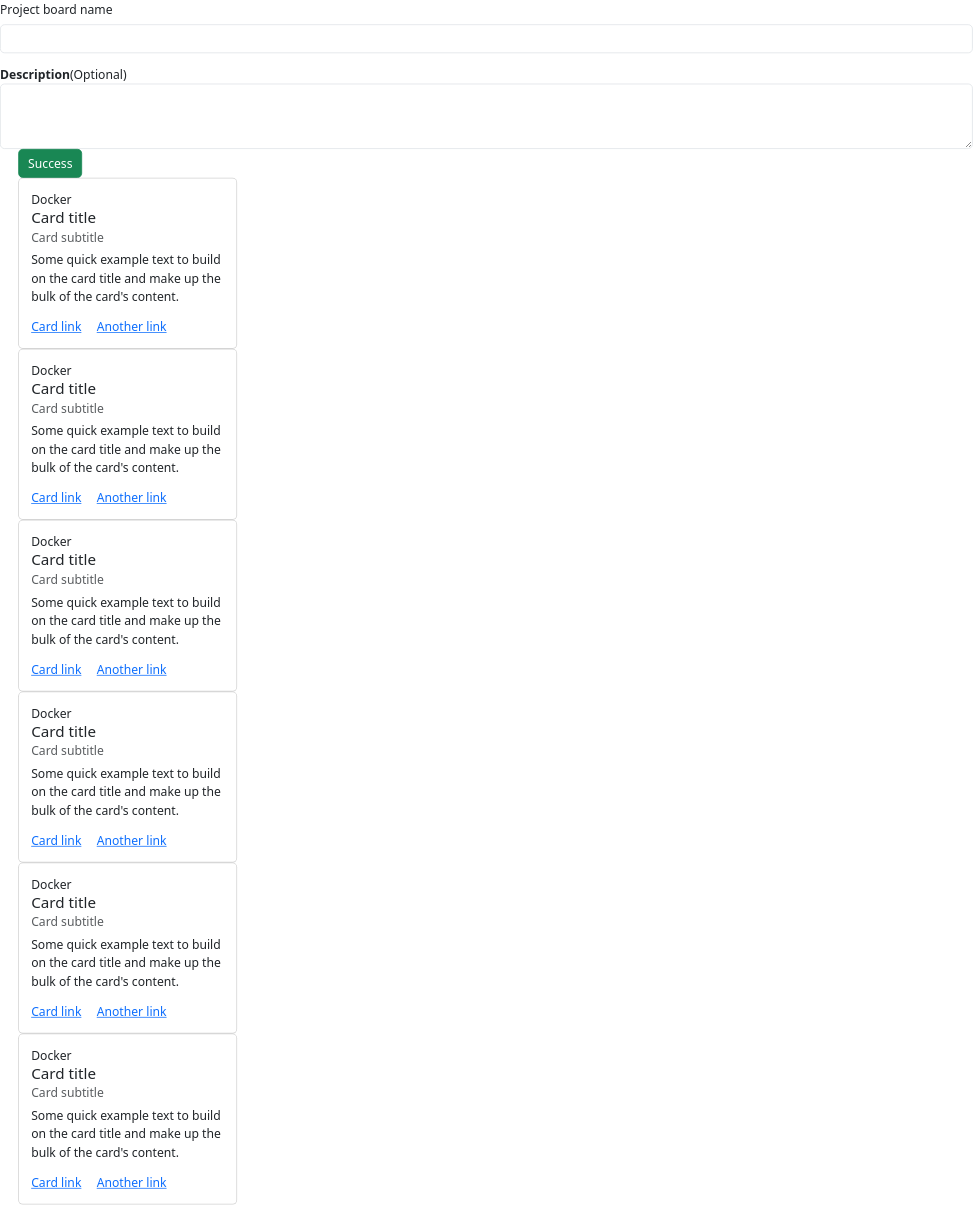
Repository: NSS-Evening-25-Cohort/e25-gitsub-control-alt-defeat
Page: index.html
These files come from the project's save history. The page is drawn as it stood at one moment and after the next save; the edit follows.
The browser window is 1280 px wide. The pictures show the whole page, at 76% of full size.

Above is the page before, as saved 2023-11-06 21:55:04.

### index.html
<!DOCTYPE html>
<html lang="en">
  <head>
    <meta charset="UTF-8" />
    <meta name="viewport" content="width=device-width, initial-scale=1.0" />
    <link
      rel="stylesheet"
      href="https://cdn.jsdelivr.net/npm/bootstrap@5.3.2/dist/css/bootstrap.min.css"
    />
    <link rel="stylesheet" href="main.css" />
    <title>Document</title>
  </head>
  <body>
    <form>
      <div class="mb-3">
        <label for="exampleInputEmail1" class="form-label" id="boardName">Project board name</label>
        <input type="email" class="form-control" id="exampleInputEmail1" aria-describedby="emailHelp">
      </div>
      <div class="form-group">
        <label for="exampleFormControlTextarea1" id="descriptionName"><B>Description</B>(Optional)</label>
        <textarea class="form-control" id="exampleFormControlTextarea1" rows="3"></textarea>
      </div>
      </div>
      <div class="mb-3 form-check">
        <button type="button" class="btn btn-success">Success</button>
    </form>
    <div id="app1"></div>
    <div id="app2"></div>

    <script src="	https://cdn.jsdelivr.net/npm/bootstrap@5.3.2/dist/js/bootstrap.bundle.min.js"></script>
    <script src="main.js"></script>
  </body>
</html>

### main.css
/* body {
  background-color: black;
} */

### main.js
const packageCards =[
  {
    id: 1,
    name: "Docker",
    info: "A software platform used for building applications based on containers small and lightweight execution environments",
  },
  {
    id: 2,
    name: "Docker",
    info: "A software platform used for building applications based on containers small and lightweight execution environments"
  },
  {
    id: 3,
    name: "Docker",
    info: "A software platform used for building applications based on containers small and lightweight execution environments"
  },
  {
    id: 4,
    img: "image",
    name: "Docker",
    info: "A software platform used for building applications based on containers small and lightweight execution environments"
  },
  {
    id: 5,
    imageURL: "https://www.google.com/url?sa=i&url=https%3A%2F%2Fwww.creativebloq.com%2Fnews%2Ftwitter-logo-history&psig=AOvVaw3y8LYKl_CxiwL2W_oTsGUa&ust=1699413723681000&source=images&cd=vfe&ved=0CBEQjRxqFwoTCKD7mcz3sIIDFQAAAAAdAAAAABAE",
    name: "Docker",
    info: "A software platform used for building applications based on containers small and lightweight execution environments"
  },
  {
    id: 6,
    name: "Docker",
    info: "A software platform used for building applications based on containers small and lightweight execution environments"
  },
];

const app1 = document.querySelector("#app1");
const app2 = document.querySelector("#app2");
const form = document.querySelector("form");

const renderToDom = (packageCards) =>{

  let domString = "";

  for(let card of packageCards){
    domString += `<div class="card" style="width: 18rem;">
    <div class="card-body"> ${card.name}
      <h5 class="card-title">Card title</h5>
      <h6 class="card-subtitle mb-2 text-body-secondary">Card subtitle</h6>
      <p class="card-text">Some quick example text to build on the card title and make up the bulk of the card's content.</p>
      <a href="#" class="card-link">Card link</a>
      <a href="#" class="card-link">Another link</a>
    </div>
  </div>`
  }
  const app1 = document.querySelector("#app1")
  app1.innerHTML = domString
}
renderToDom(packageCards)

const createPackage = (event) =>{
  event.preventDefault();

  const newPackage = {
    id: packageCards.length +1,
    name: document.querySelector("#boardName").value,
    info: document.querySelector("descriptionName").value,
  }
  packageCards.push(newPackage);
  renderToDom(packageCards);
  form.reset();
}

form.addEventListener("submit", createPackage)

After the next save:
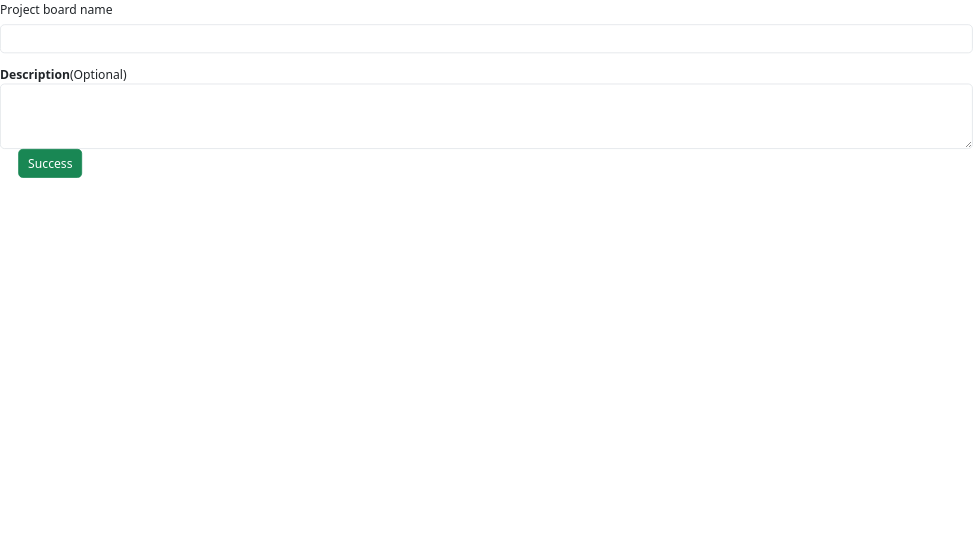
Console error: TypeError: Cannot set properties of null (setting 'innerHTML')
Saved 20 h 10 min later.
--- a/index.html
+++ b/index.html
@@ -11,6 +11,9 @@
     <title>Document</title>
   </head>
   <body>
+
+    <script src="	https://cdn.jsdelivr.net/npm/bootstrap@5.3.2/dist/js/bootstrap.bundle.min.js"></script>
+    <script src="main.js"></script>
     <form>
       <div class="mb-3">
         <label for="exampleInputEmail1" class="form-label" id="boardName">Project board name</label>
@@ -26,8 +29,5 @@
     </form>
     <div id="app1"></div>
     <div id="app2"></div>
-
-    <script src="	https://cdn.jsdelivr.net/npm/bootstrap@5.3.2/dist/js/bootstrap.bundle.min.js"></script>
-    <script src="main.js"></script>
   </body>
 </html>

After the save that followed:
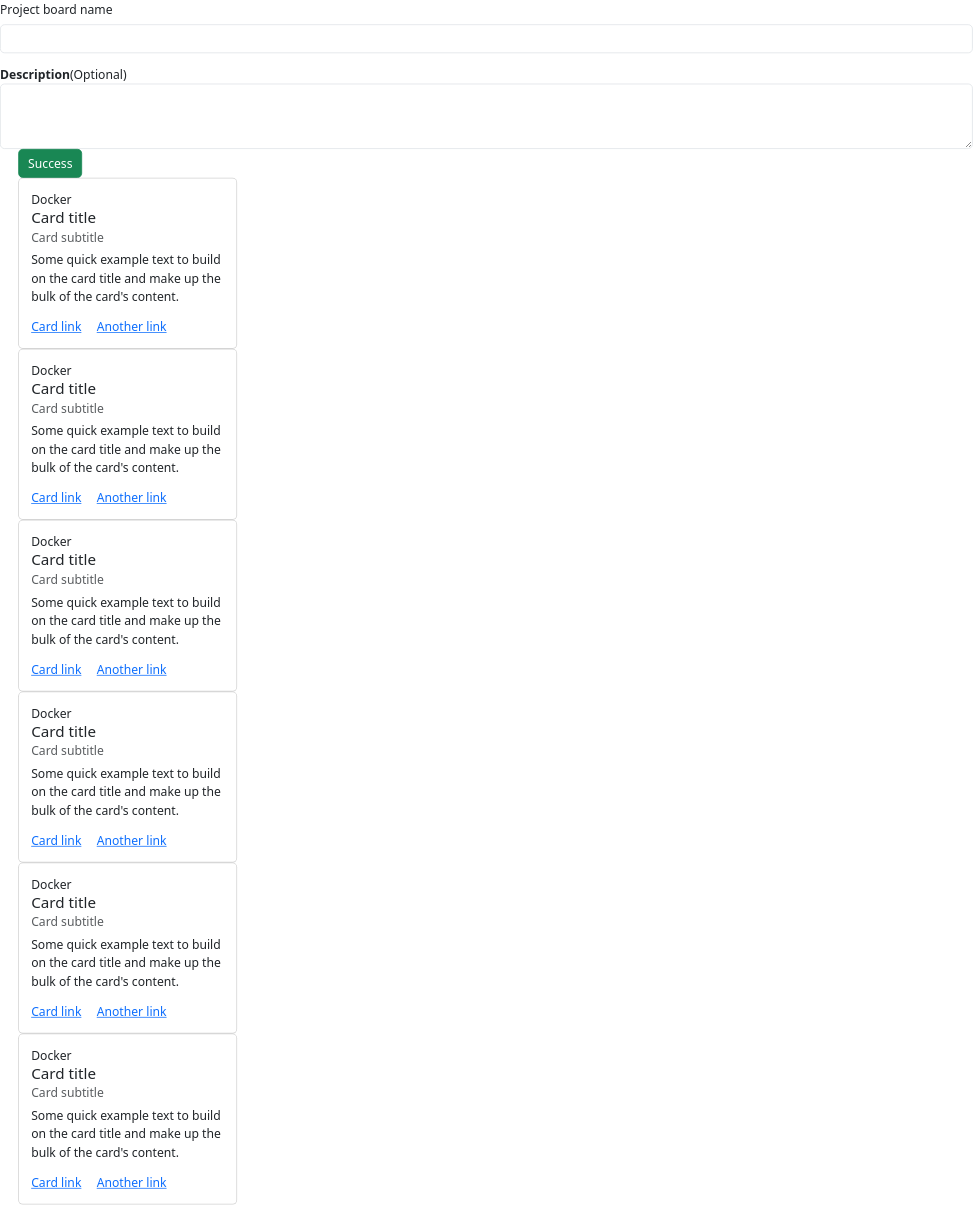
The error is gone.
Saved 24 s later.
--- a/index.html
+++ b/index.html
@@ -12,8 +12,6 @@
   </head>
   <body>
 
-    <script src="	https://cdn.jsdelivr.net/npm/bootstrap@5.3.2/dist/js/bootstrap.bundle.min.js"></script>
-    <script src="main.js"></script>
     <form>
       <div class="mb-3">
         <label for="exampleInputEmail1" class="form-label" id="boardName">Project board name</label>
@@ -29,5 +27,7 @@
     </form>
     <div id="app1"></div>
     <div id="app2"></div>
+    <script src="	https://cdn.jsdelivr.net/npm/bootstrap@5.3.2/dist/js/bootstrap.bundle.min.js"></script>
+    <script src="main.js"></script>
   </body>
 </html>
